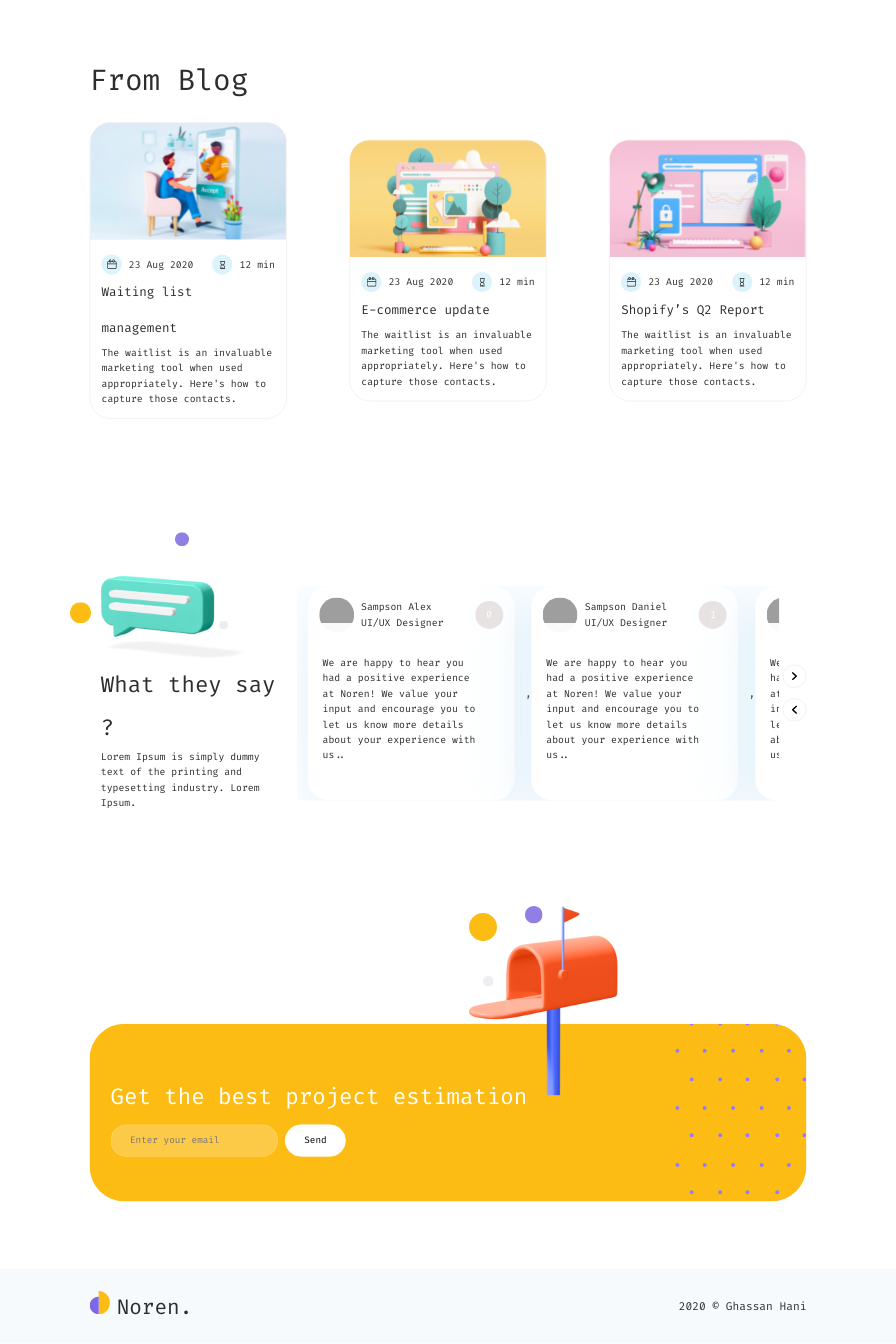
Repository: devdahcoder/noren
Page: index.html
These files come from the project's save history. The page is drawn as it stood at one moment and after the next save; the edit follows.
The browser window is 1280 px wide. The pictures show the part of the page from y = 3478 to 5398 px (the page is 5398 px tall), at 70% of full size.
Pictures or frames that could not be fetched are drawn as grey boxes. The style sheet was rebuilt from its Sass, Less or Tailwind sources for each picture, by a compiler version that may differ from the author's.

Above is the page before, as saved 2020-12-30 17:32:53.

After the next save:
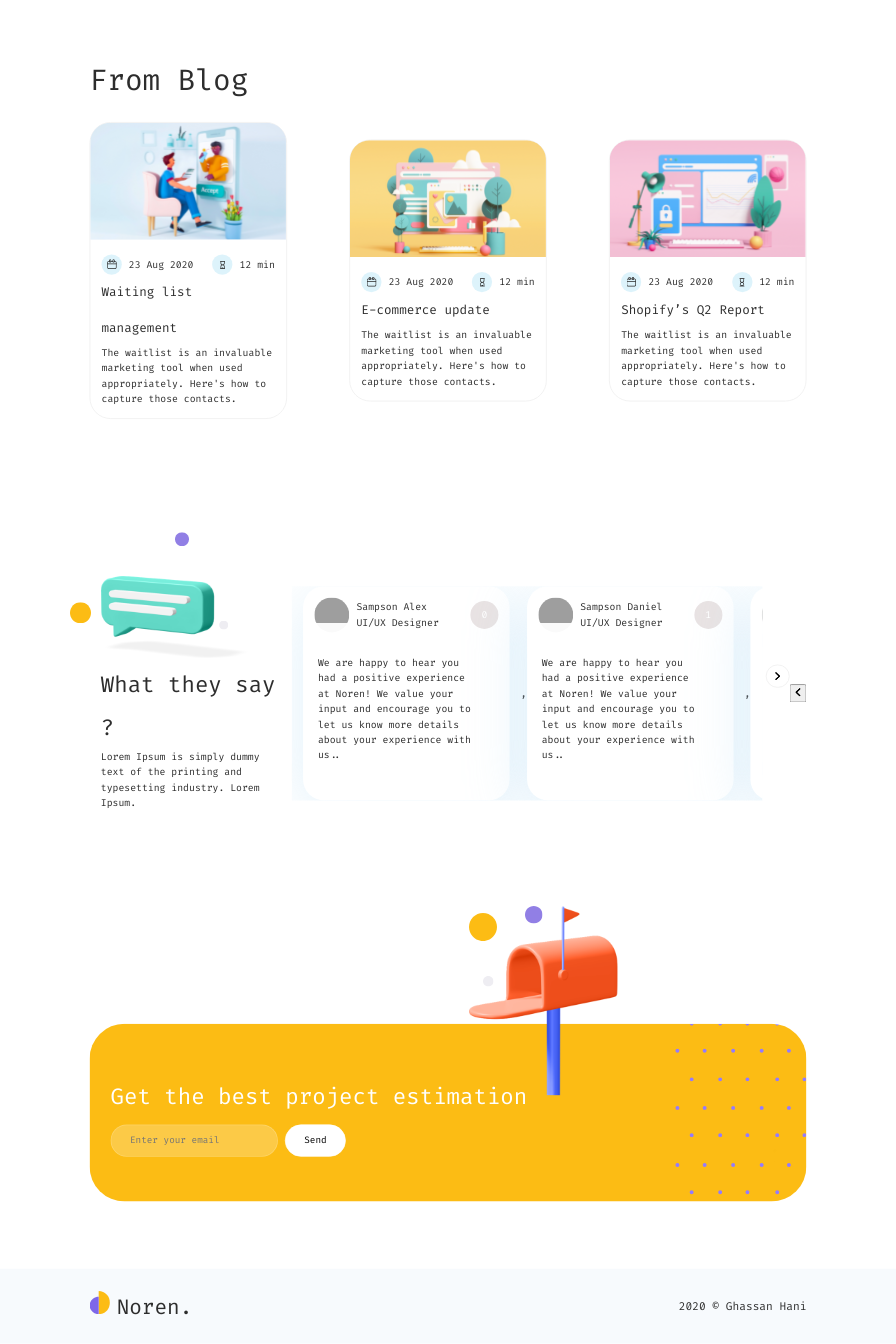
Saved 4 s later.
--- a/index.html
+++ b/index.html
@@ -575,7 +575,6 @@
 
             <div class="comment-button">
                 <button class="btn rightBtn">
-                    <div>
                         <img src="./assets/images/right.svg" alt="">
                     </div>
                 </button>
